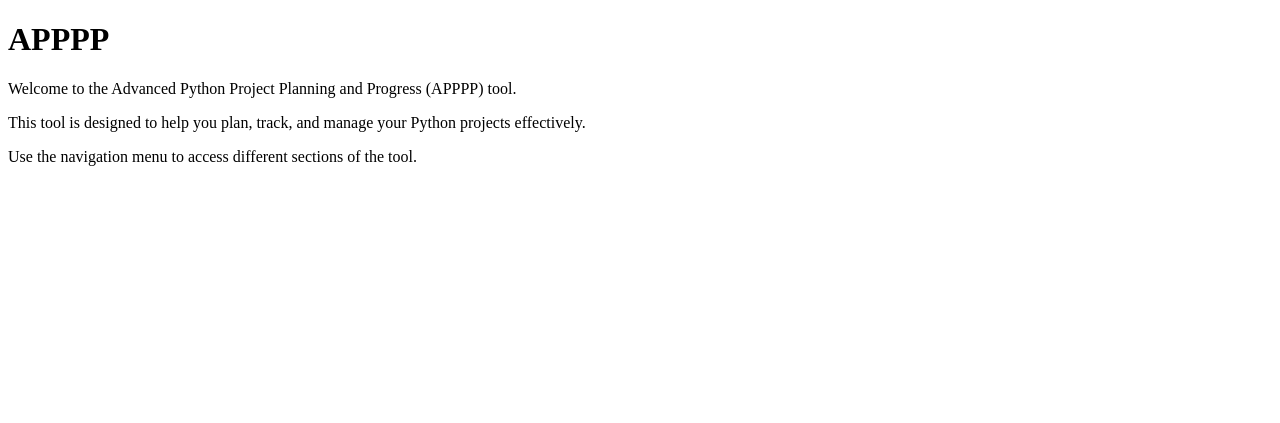
Repository: prestige225/prestige_services_et_finances
Page: app.html
An editor plug-in stored every save of this project. The page is shown before and after the next save, followed by the edit.
The browser window is 1280 px wide. The pictures show the whole page.

Above is the page before, as saved 2025-06-01 16:56:51.

After the next save:
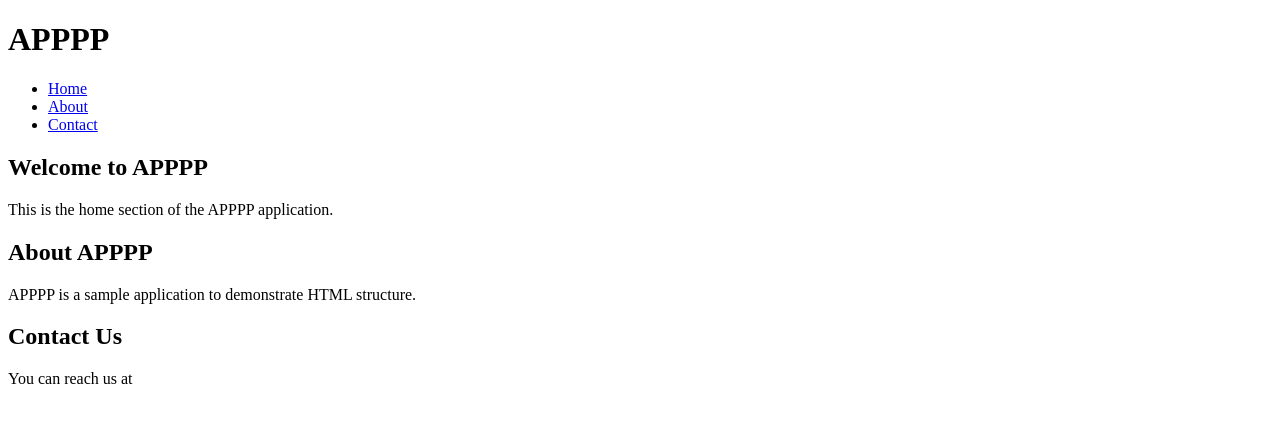
Saved 42 s later.
--- a/app.html
+++ b/app.html
@@ -8,10 +8,29 @@
 </head>
 <body>
    <header>
-    <h1>APPPP</h1>
-    <p>Welcome to the Advanced Python Project Planning and Progress (APPPP) tool.</p>
-    <p>This tool is designed to help you plan, track, and manage your Python projects effectively.</p>
-    <p>Use the navigation menu to access different sections of the tool.</p>
-   </header>
+        <h1>APPPP</h1>
+        <nav>
+            <ul>
+                <li><a href="#home">Home</a></li>
+                <li><a href="#about">About</a></li>
+                <li><a href="#contact">Contact</a></li>
+            </ul>
+        </nav>
+    </header>
+
+    <main>
+        <section id="home">
+            <h2>Welcome to APPPP</h2>
+            <p>This is the home section of the APPPP application.</p>
+        </section>
+
+        <section id="about">
+            <h2>About APPPP</h2>
+            <p>APPPP is a sample application to demonstrate HTML structure.</p>
+        </section>
+
+        <section id="contact">
+            <h2>Contact Us</h2>
+            <p>You can reach us at
 </body>
 </html>
